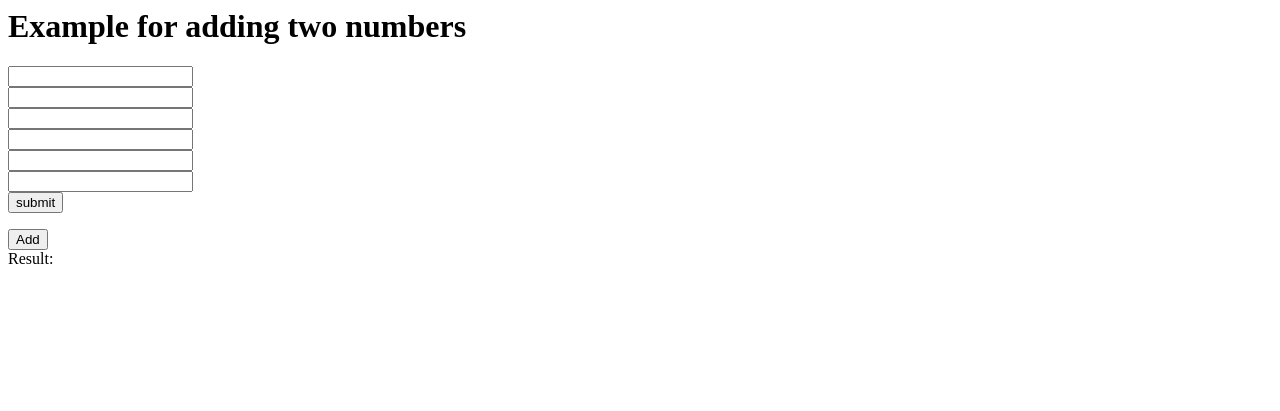
Repository: priyanalleboina/JsTraining
Page: Priyanka _JsExcercies/Excersice-14-ts/index.html
The author's editor kept a copy of each file at every save. The page is drawn from the files as they stood at one save, then again after the next save.
The browser window is 1280 px wide. The pictures show the whole page.

Above is the page before, as saved 2020-06-04 12:00:47.
Not found: Priyanka _JsExcercies/Excersice-14-ts/main.ts

After the next save:
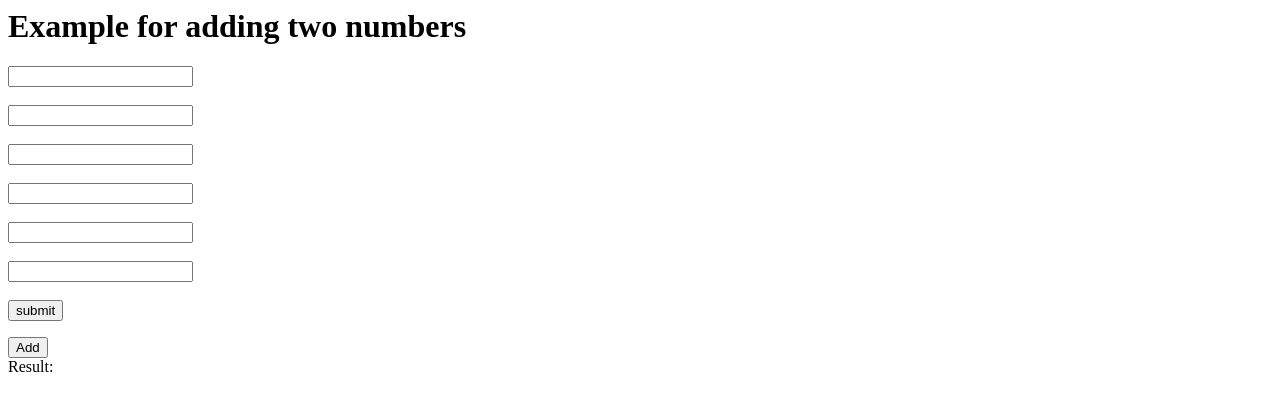
Saved 18 s later.
--- a/Priyanka _JsExcercies/Excersice-14-ts/index.html
+++ b/Priyanka _JsExcercies/Excersice-14-ts/index.html
@@ -9,12 +9,12 @@
   <div>
     <h1>Example for adding two numbers</h1>
     <form method="POST" action="/create">
-        <input id="id" name="pid"></br>
-        <input id="name" name="name"></br>
-        <input id="age" name="age"></br>
-        <input id="hno" name="age"></br>
-        <input id="colName" name="colName"></br>
-        <input id="street"></br>
+        <input id="id" name="pid"></br></br>
+        <input id="name" name="name"></br></br>
+        <input id="age" name="age"></br></br>
+        <input id="hno" name="age"></br></br>
+        <input id="colName" name="colName"></br></br>
+        <input id="street"></br></br>
         <input type="submit" value="submit"/></br>
       </form>
 
